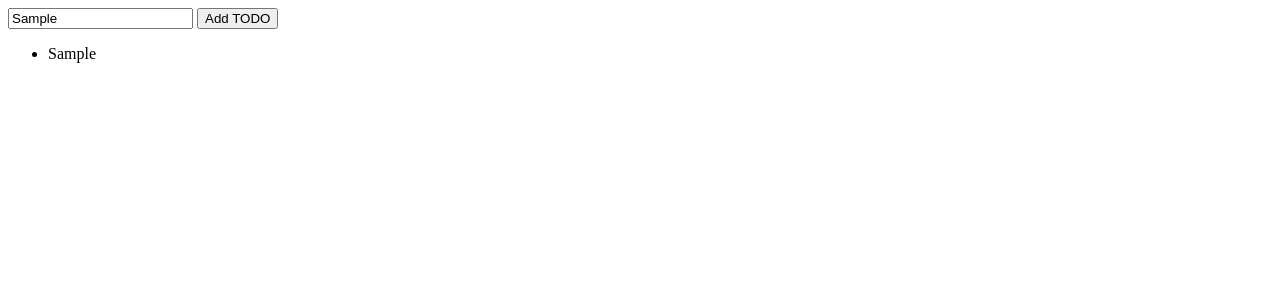
Repository: shironeko01/todo-app
Page: index.html
These files come from the project's save history. The page is drawn as it stood at one moment and after the next save; the edit follows.
The browser window is 1280 px wide. The pictures show the whole page.
Empty fields were first filled with sample values (such as "Sample", 5 or name@example.com).
After loading, the first visible `#add` was clicked once.

Above is the page before, as saved 2022-05-23 17:03:28.

After the next save:
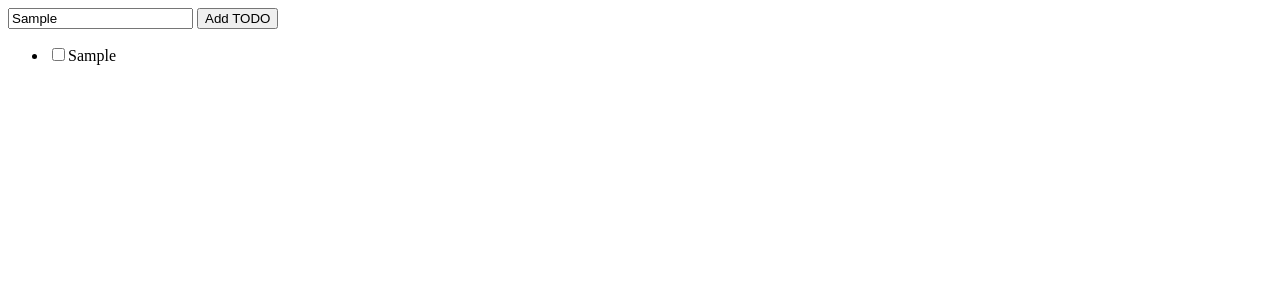
Saved 12 min 17 s later.
--- a/app.js
+++ b/app.js
@@ -1,4 +1,13 @@
-$("#add").click(function (){
+$("#add").click(function () {
   var inputTodo = $("#input-todo").val();
-  $("#todo-list").append("<li>" + inputTodo + "</li>");
+  $("#todo-list").append("<li><input type='checkbox'>" + inputTodo + "</li>");
 });
+
+$(document).on("change", "input[type=checkbox]", function () {
+  if($(this).is(":checked")) {
+      $(this).parent().css("text-decoration", "line-through");
+  }
+  else{
+      $(this).parent().css("text-decoration", "none");
+  }
+});
